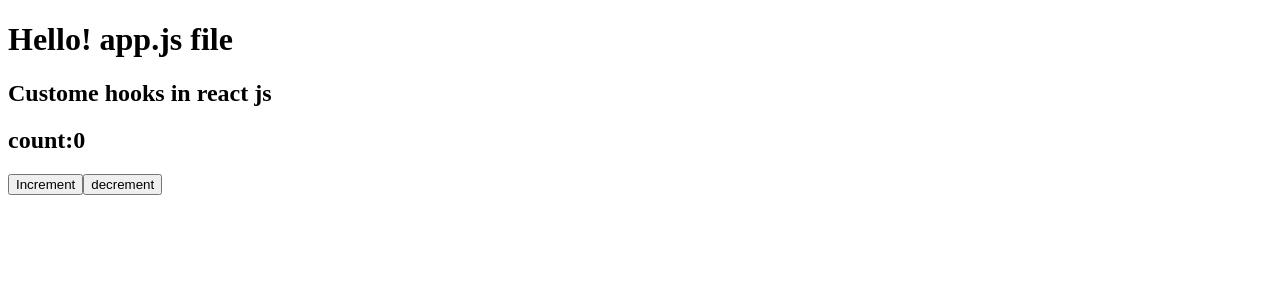
Repository: Gulzarokz/React_Course_Review
Page: / (app in vite-Project/)
An editor plug-in stored every save of this project. The page is shown before and after the next save, followed by the edit.
The browser window is 1280 px wide. The pictures show the whole page.
The project was rebuilt for these pictures with package versions that can differ from the ones it lists, and the page was loaded fresh each time. Also part of the build but not shown: vite-Project/vite.config.js.

Above is the page before, as saved 2026-04-30 12:29:51.

After the next save:
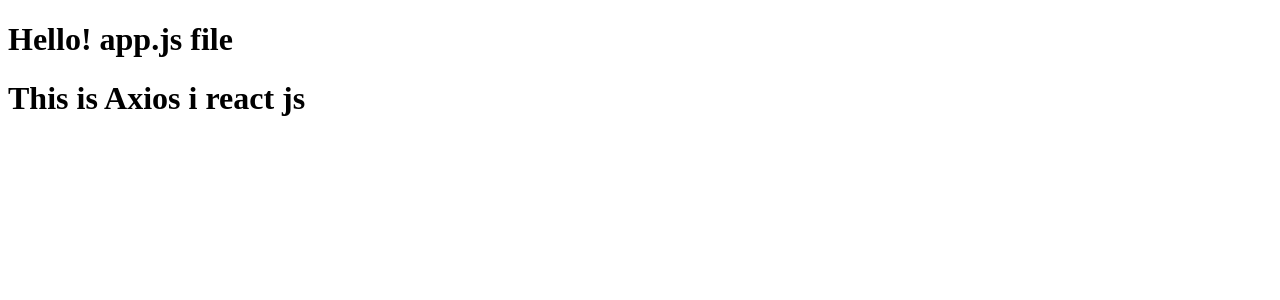
Saved 23 s later.
--- a/vite-Project/src/App.jsx
+++ b/vite-Project/src/App.jsx
@@ -1,5 +1,6 @@
 import { useState } from 'react';
 import MyCount from './myCount';
+import AxiosGetRequest from '../Axios/AxiosGetRequest';
 
 
 
@@ -18,7 +19,7 @@
   return (
     <>
       <h1>Hello! app.js file</h1>
-      <MyCount />
+      <AxiosGetRequest />
 
 
 
